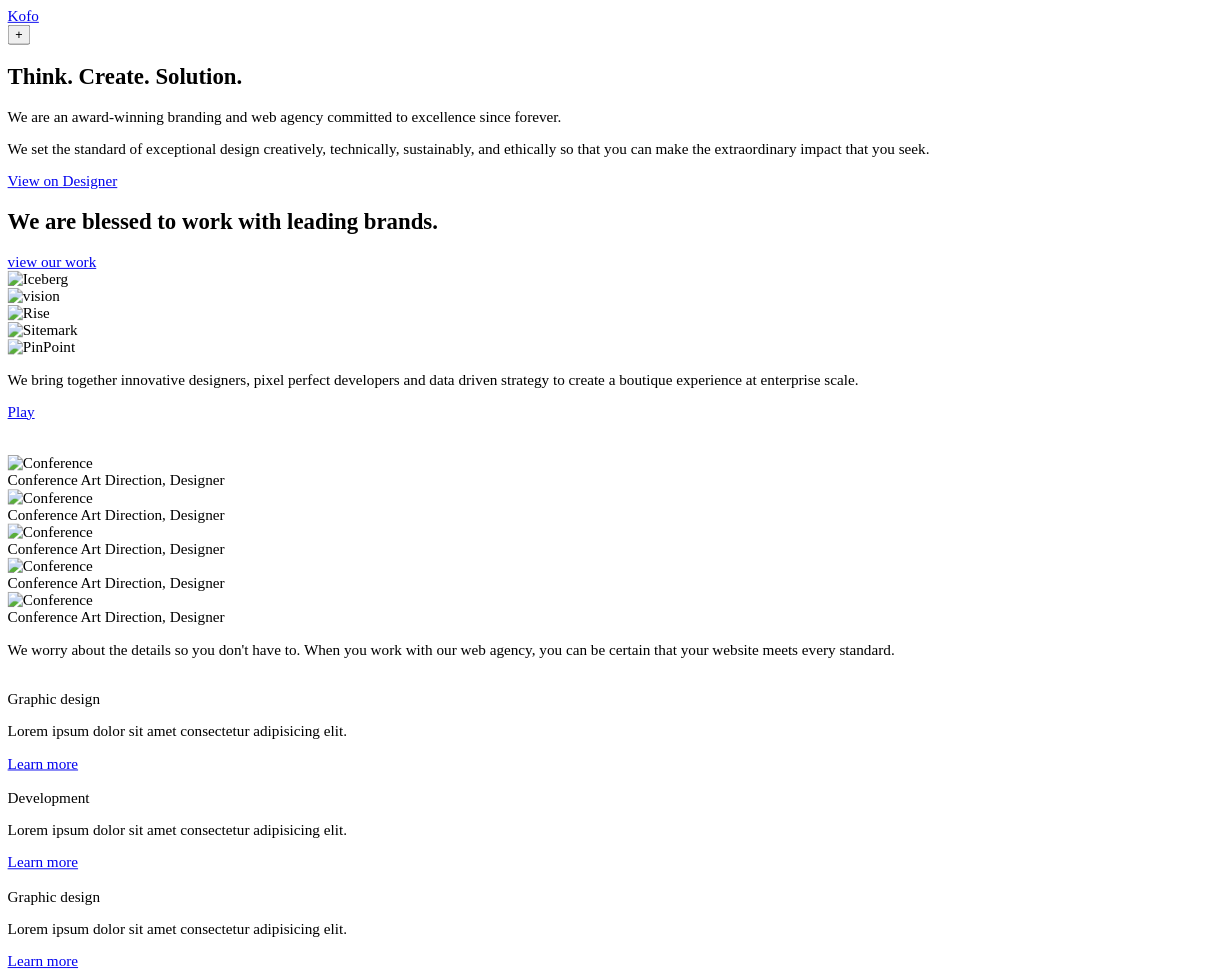
Repository: debthebuilder/kofo
Page: index.html
An editor plug-in stored every save of this project. The page is shown before and after the next save, followed by the edit.
The browser window is 1280 px wide. The pictures show the whole page, at 95% of full size.

Above is the page before, as saved 2022-10-13 11:46:43.

### index.html
<!DOCTYPE html>
<html lang="en">
<head>
    <meta charset="UTF-8">
    <meta http-equiv="X-UA-Compatible" content="IE=edge">
    <meta name="viewport" content="width=device-width, initial-scale=1.0">
    <title>Kofo - Webflow Portfolio template</title>
</head>
<body>
    <!--Fixed Top Navigation Bar-->
    <nav class="fixed-navbar">
        <a href="index.html" class="logo">Kofo</a>
        <div>
            <button>+</button>
        </div>
    </nav>
    <!--Hero Section-->
    <section class="hero">
        <div class="row">
            <div class="col">
                <h1>Think. <span>Create.</span> Solution.</h1>
            </div>
            <div class="col">
                <div>
                    <p>We are an award-winning branding and web agency committed to excellence since forever.</p>
                </div>
                <div>
                    <p>We set the standard of exceptional design creatively, technically, sustainably, and ethically so that you can make the extraordinary impact that you seek.</p>
                    <div>
                        <a href="#">View on Designer</a>
                        <span>
                            <img src="#" alt="" />
                        </span>
                    </div>
                </div>
            </div>
        </div>
    </section>
    <!--Partner Brands-->
    <section>
        <div>
            <h2>We are blessed to work with leading brands.</h2>
            <a href="#">view our work</a>
        </div>
        <div>
            <div class="partner-logo">
                <img src="#" alt="Iceberg" />
            </div>
            <div class="partner-logo">
                <img src="#" alt="vision" />
            </div>
            <div class="partner-logo">
                <img src="#" alt="Rise" />
            </div>
            <div class="partner-logo">
                <img src="#" alt="Sitemark" />
            </div>
            <div class="partner-logo">
                <img src="#" alt="PinPoint" />
            </div>
        </div>
    </section>
    <!--What we do-->
    <section class="about">
        <div class="row">
            <div class="col">
                <p>We bring together innovative designers, pixel perfect developers and data driven strategy to create a boutique experience at enterprise scale.</p>
                <div>
                    <a href="#">Play</a>
                    <div>
                        <img src="" alt="" />
                    </div>
                </div>
            </div>
            <div class="col">
                <div>
                    <img src="" alt="" />
                </div>
            </div>
        </div>
    </section>
    <!--Portfolio-->
    <section class="portfolio">
        <div class="grid">
            <div class="portfolio-item">
                <div class="">
                    <img src="" alt="Conference" />
                </div>
                <div class="absolute">
                    <div class="flex-items">
                        <span class="item-title">Conference</span>
                        <span class="item-tags">Art Direction, Designer</span>
                    </div>
                </div>
            </div>
            <div class="portfolio-item">
                <div class="">
                    <img src="" alt="Conference" />
                </div>
                <div class="absolute">
                    <div class="flex-items">
                        <span class="item-title">Conference</span>
                        <span class="item-tags">Art Direction, Designer</span>
                    </div>
                </div>
            </div>
            <div class="portfolio-item">
                <div class="">
                    <img src="" alt="Conference" />
                </div>
                <div class="absolute">
                    <div class="flex-items">
                        <span class="item-title">Conference</span>
                        <span class="item-tags">Art Direction, Designer</span>
                    </div>
                </div>
            </div>
            <div class="portfolio-item">
                <div class="">
                    <img src="" alt="Conference" />
                </div>
                <div class="absolute">
                    <div class="flex-items">
                        <span class="item-title">Conference</span>
                        <span class="item-tags">Art Direction, Designer</span>
                    </div>
                </div>
            </div>
            <div class="portfolio-item">
                <div class="">
                    <img src="" alt="Conference" />
                </div>
                <div class="absolute">
                    <div class="flex-items">
                        <span class="item-title">Conference</span>
                        <span class="item-tags">Art Direction, Designer</span>
                    </div>
                </div>
            </div>
        </div>
    </section>
    <!--Services-->
    <section>
        <p>We worry about the details so you don't have to. When you work with our web agency, you can be certain that your website meets every standard.</p>
        <div class="services">
            <div class="service-card">
                <div class="service-icon">
                    <img src="" alt="" />
                </div>
                <div class="service-details">
                    <div class="service-title">Graphic design</div>
                    <p class="service-intro">Lorem ipsum dolor sit amet consectetur adipisicing elit.</p>
                    <a href="about.html" class="service-link">Learn more</a>
                </div>
            </div>
            <div class="service-card">
                <div class="service-icon">
                    <img src="" alt="" />
                </div>
                <div class="service-details">
                    <div class="service-title">Development</div>
                    <p class="service-intro">Lorem ipsum dolor sit amet consectetur adipisicing elit.</p>
                    <a href="about.html" class="service-link">Learn more</a>
                </div>
            </div>
            <div class="service-card">
                <div class="service-icon">
                    <img src="" alt="" />
                </div>
                <div class="service-details">
                    <div class="service-title">Graphic design</div>
                    <p class="service-intro">Lorem ipsum dolor sit amet consectetur adipisicing elit.</p>
                    <a href="about.html" class="service-link">Learn more</a>
                </div>
            </div>
        </div>
    </section>
    <!--Testimonial-->
    <!--Fun Facts-->
    <!--Latest Blog Posts-->
    <!--Newsletter-->
    <!--Footer-->
</body>
</html>

After the next save:
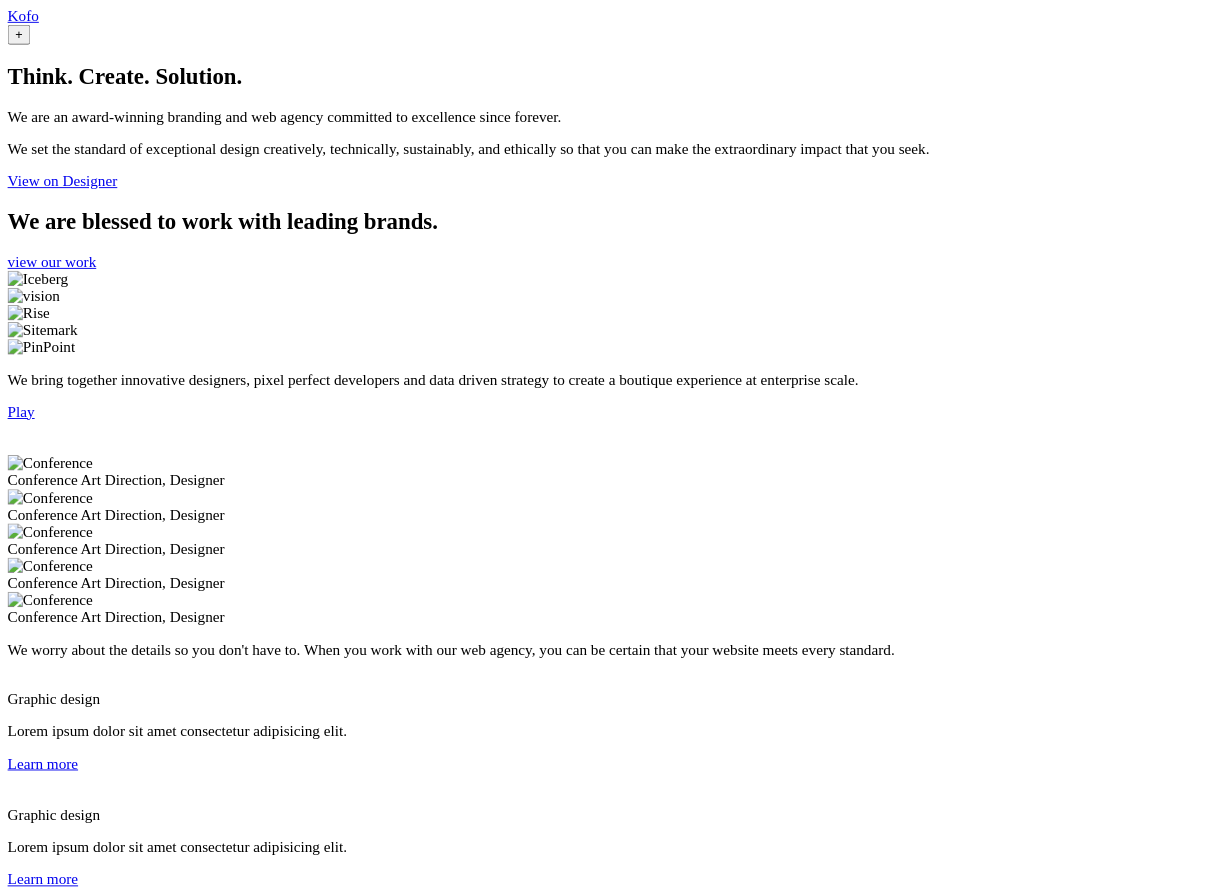
Saved 13 s later.
--- a/index.html
+++ b/index.html
@@ -157,11 +157,7 @@
                 <div class="service-icon">
                     <img src="" alt="" />
                 </div>
-                <div class="service-details">
-                    <div class="service-title">Development</div>
-                    <p class="service-intro">Lorem ipsum dolor sit amet consectetur adipisicing elit.</p>
-                    <a href="about.html" class="service-link">Learn more</a>
-                </div>
+
             </div>
             <div class="service-card">
                 <div class="service-icon">

After the 3 saves that followed:
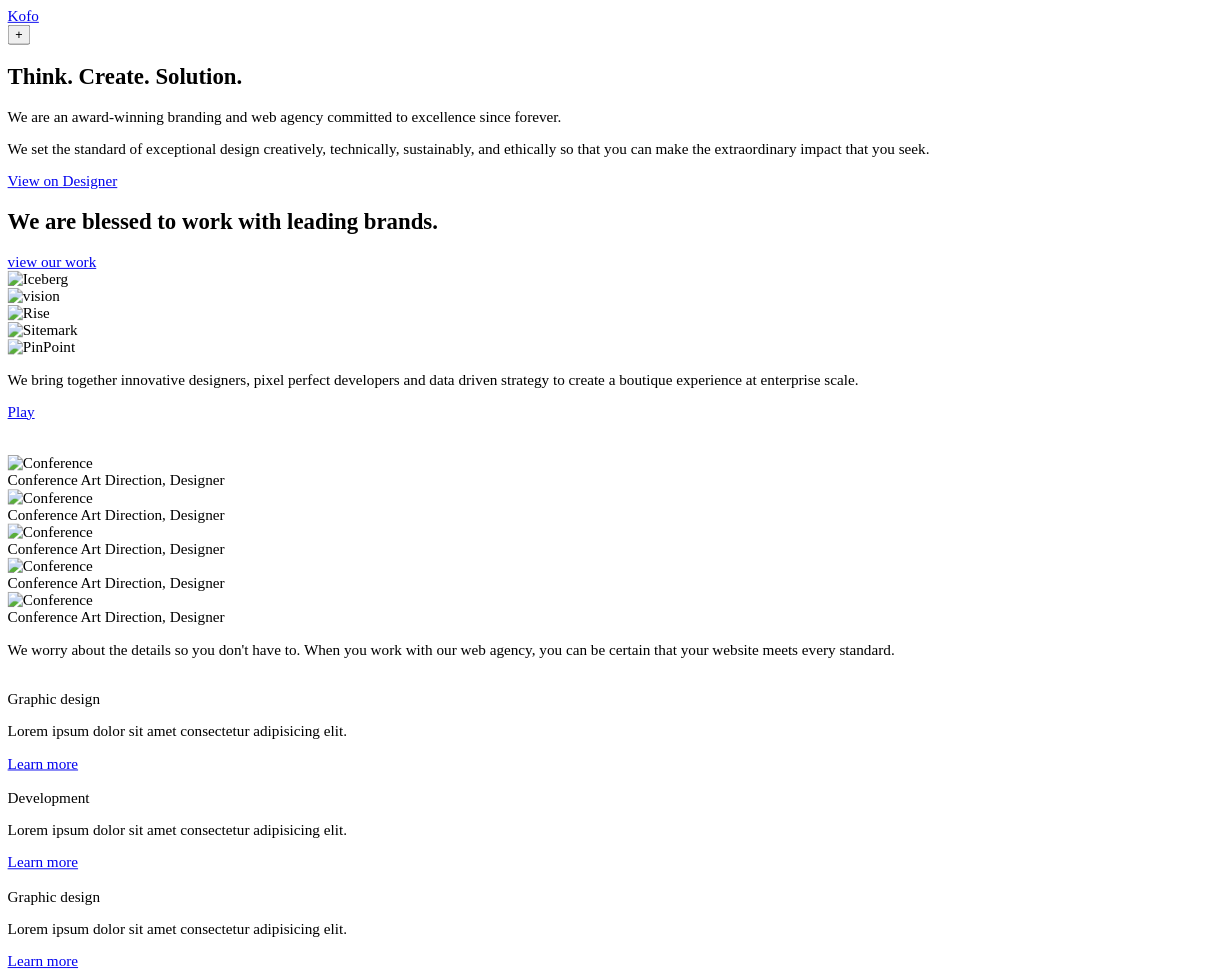
The 3 saves are shown as one change because 1 left the picture as it was and some came seconds apart.
The last was saved 17 s later.
--- a/index.html
+++ b/index.html
@@ -157,7 +157,11 @@
                 <div class="service-icon">
                     <img src="" alt="" />
                 </div>
-
+                <div class="service-details">
+                    <div class="service-title">Development</div>
+                    <p class="service-intro">Lorem ipsum dolor sit amet consectetur adipisicing elit.</p>
+                    <a href="about.html" class="service-link">Learn more</a>
+                </div>
             </div>
             <div class="service-card">
                 <div class="service-icon">
